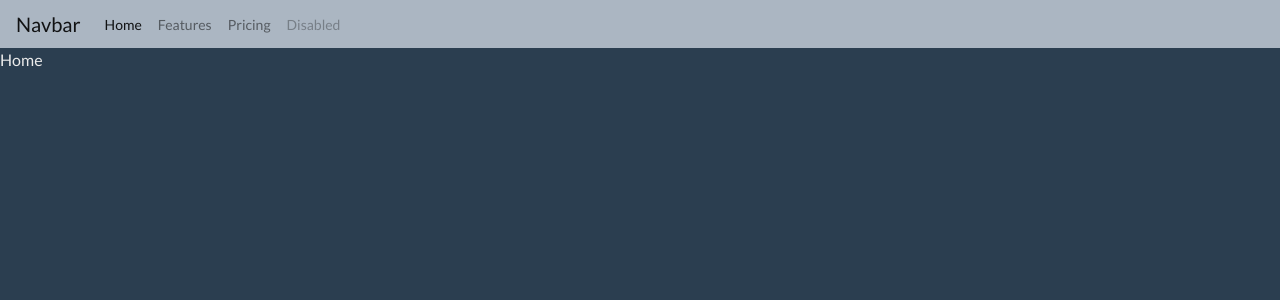
Repository: godlikeAlex/ecommerce-frontend-react
Page: /
The author's editor kept a copy of each file at every save. The page is drawn from the files as they stood at one save, then again after the next save.
The browser window is 1280 px wide. The pictures show the whole page.
The project was rebuilt for these pictures with package versions that can differ from the ones it lists, and the page was loaded fresh each time. Also part of the build but not shown: src/components/Auth/SignIn.js, src/components/Auth/SignUp.js.

Above is the page before, as saved 2019-12-12 00:44:40.

After the next save:
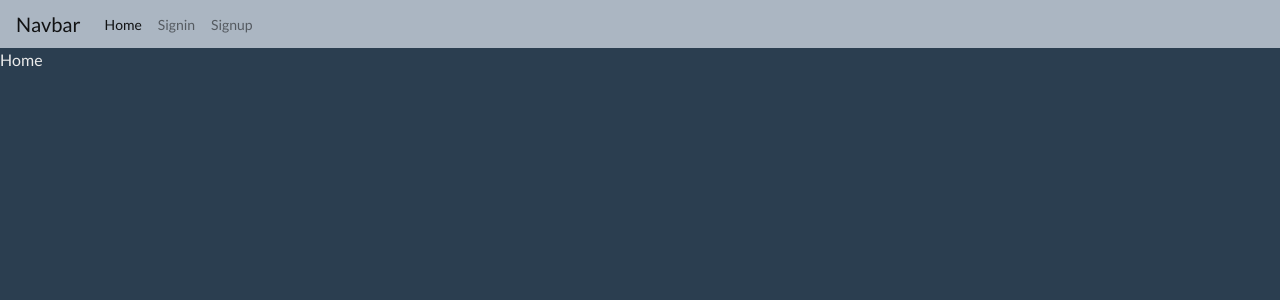
Saved 2 min 17 s later.
--- a/src/components/Core/Menu.js
+++ b/src/components/Core/Menu.js
@@ -10,10 +10,9 @@ const Menu = () => {
             </button>
             <div class="collapse navbar-collapse" id="navbarNavAltMarkup">
                 <div class="navbar-nav">
-                    <a class="nav-item nav-link active" href="#">Home <span class="sr-only">(current)</span></a>
-                    <a class="nav-item nav-link" href="#">Features</a>
-                    <a class="nav-item nav-link" href="#">Pricing</a>
-                    <a class="nav-item nav-link disabled" href="#" tabindex="-1" aria-disabled="true">Disabled</a>
+                    <Link className="nav-item nav-link active" to="/">Home <span class="sr-only">(current)</span></Link>
+                    <Link className="nav-item nav-link" to="/signin">Signin</Link>
+                    <Link className="nav-item nav-link" to="/signup">Signup</Link>
                 </div>
             </div>
         </nav>
